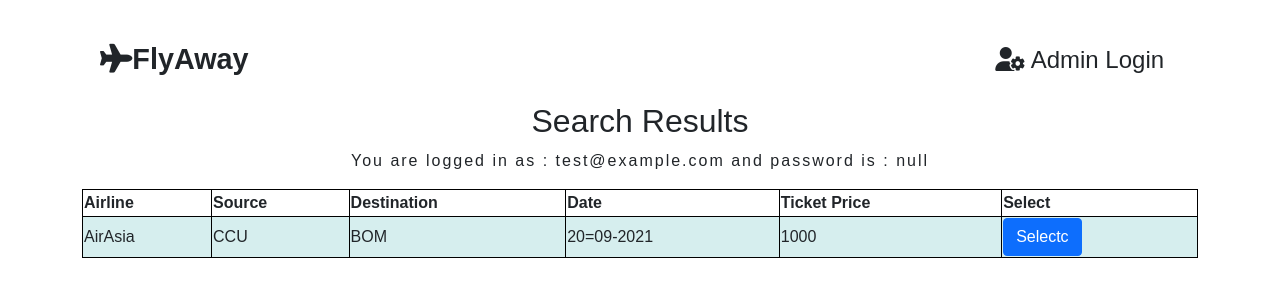
Repository: Niks4u2/FlyAway
Page: http://localhost/flyaway/search-results.jsp
An editor plug-in stored every save of this project. The page is shown before and after the next save, followed by the edit.
The browser window is 1280 px wide. The pictures show the whole page.
Some web fonts or font styles are not loaded; a fallback is used. Some web libraries are served in a nearby version. The page is served by Tomcat 10. The session is filled in as if someone had signed in: {"email": "test@example.com"}. Other server files are loaded and not shown.

Above is the page before, as saved 2021-09-26 16:22:01.

### Source Code/flyaway/src/main/webapp/search-results.jsp
<%@ page language="java" contentType="text/html; charset=ISO-8859-1"
	pageEncoding="ISO-8859-1"%>
<!DOCTYPE html>
<html>

<head>
<meta charset="utf-8">
<meta name="viewreport" content="width=device-width, initial-scale=1.0">
<title>Search Results</title>
<link
	href="https://cdn.jsdelivr.net/npm/bootstrap@5.0.2/dist/css/bootstrap.min.css"
	rel="stylesheet"
	integrity="sha384-EVSTQN3/azprG1Anm3QDgpJLIm9Nao0Yz1ztcQTwFspd3yD65VohhpuuCOmLASjC"
	crossorigin="anonymous">
<script
	src="https://cdn.jsdelivr.net/npm/bootstrap@5.0.2/dist/js/bootstrap.bundle.min.js"
	integrity="sha384-MrcW6ZMFYlzcLA8Nl+NtUVF0sA7MsXsP1UyJoMp4YLEuNSfAP+JcXn/tWtIaxVXM"
	crossorigin="anonymous"></script>
<link
	href="https://fonts.googleapis.com/css?family=Raleway&display=swap"
	rel="stylesheet" />
<script src="https://kit.fontawesome.com/92e9dde9ec.js"
	crossorigin="anonymous"></script>
<style>
body {
	margin: 0;
	padding: 0;
	background: #fff;
	font-family: 'Raleway', sans-serif;
	color: #fff;
}

.banner {
	height: 100vh;
	width: 100%;
}

.banner .navbar {
	margin-top: 2%;
}

.banner .navbar-brand {
	color: #fff;
	font-size: 1.8em;
	font-weight: 700;
	margin-left: 7%;
}

.banner .nav {
	margin-right: 7%;
}

.banner .nav li a {
	color: #aaa;
	font-size: 1.5em;
}

.banner p {
	font-weight: 500;
	letter-spacing: 2px;
}

.login {
	margin-left: 50%;
}

tr:nth-child(even) {
	background-color: #D6EEEE;
}

tr:hover {
	background-color: #D6EEEE;
}

table, th, td {
	border: 1px solid black;
	border-collapse: collapse;
}
</style>
</head>

<body>
	<div
		class="container-fluid banner justify-content-center align-items-center">
		<div class="row g-2">
			<div class="col-md-12">
				<nav class="navbar navbar-md">
					<div class="navbar-brand text-dark">
						<i class="fas fa-plane"></i>FlyAway
					</div>
					<ul class="nav">
						<li class="nav-item"><a class="nav-link text-dark" href="#"><i
								class="fas fa-user-cog"></i> Admin Login</a></li>
					</ul>
				</nav>
			</div>
			<div class="col-md-12 text-center text-dark">
				<h2>Search Results</h2>
				<p>
					You are logged in as :
					<%= session.getAttribute("email") %>
					and password is :
					<%= session.getAttribute("password") %>
				</p>
			</div>

		</div>
		<div class="container">
			<div class="row text-dark">
				<div class="col-md-12">
					<table style="width: 100%;">
						<tr>
							<th>Airline</th>
							<th>Source</th>
							<th>Destination</th>
							<th>Date</th>
							<th>Ticket Price</th>
							<th>Select</th>
						</tr>
						<tr>
							<td>AirAsia</td>
							<td>CCU</td>
							<td>BOM</td>
							<td>20=09-2021</td>
							<td>1000</td>
							<td><button class="btn btn-primary">Selectc</button></td>
						</tr>
					</table>
				</div>
			</div>
		</div>
	</div>
</body>

</html>

After the next save:
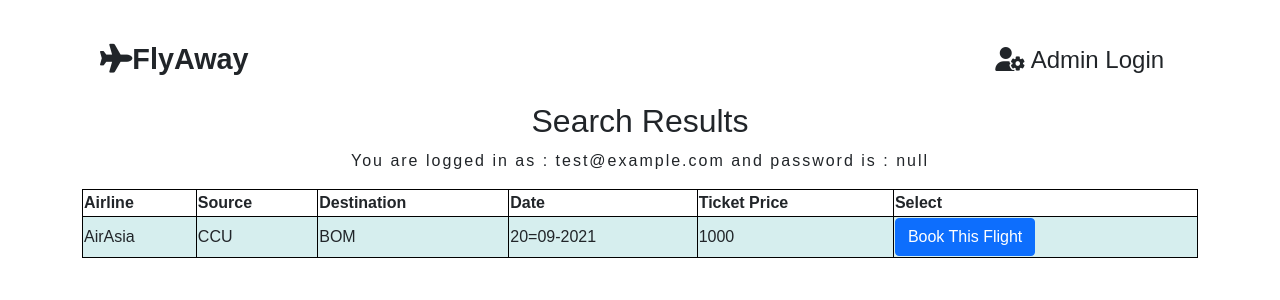
Saved 25 s later.
--- a/Source Code/flyaway/src/main/webapp/search-results.jsp
+++ b/Source Code/flyaway/src/main/webapp/search-results.jsp
@@ -123,7 +123,7 @@ table, th, td {
 							<td>BOM</td>
 							<td>20=09-2021</td>
 							<td>1000</td>
-							<td><button class="btn btn-primary">Selectc</button></td>
+							<td><button class="btn btn-primary">Book This Flight</button></td>
 						</tr>
 					</table>
 				</div>
